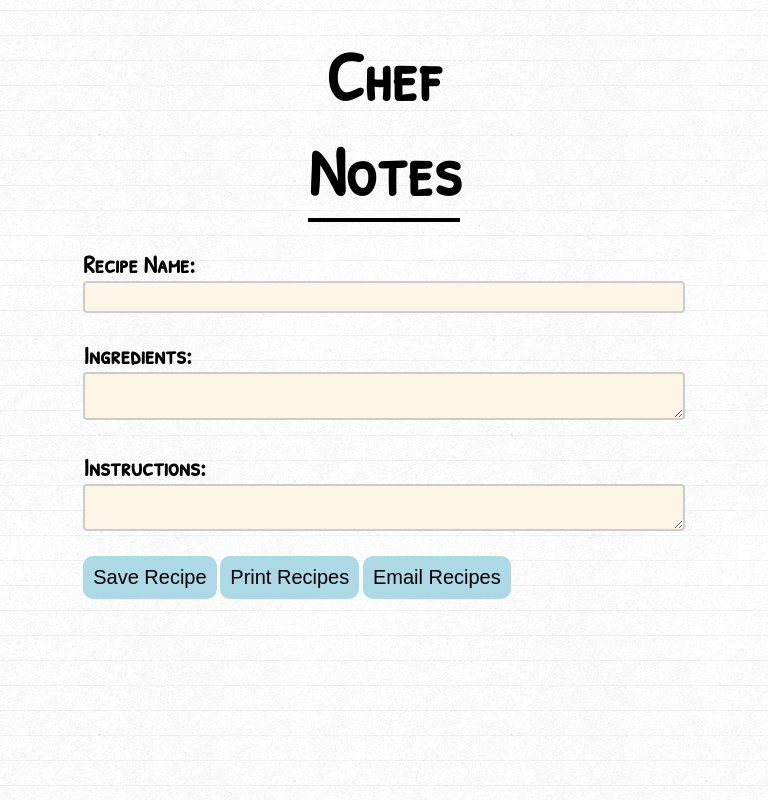
Repository: Chadloswald/RecipeSite
Page: docs/index.html
The author's editor kept a copy of each file at every save. The page is drawn from the files as they stood at one save, then again after the next save.
The browser window is 768 px wide. The pictures show the whole page.

Above is the page before, as saved 2023-05-28 06:44:51.

After the next save:
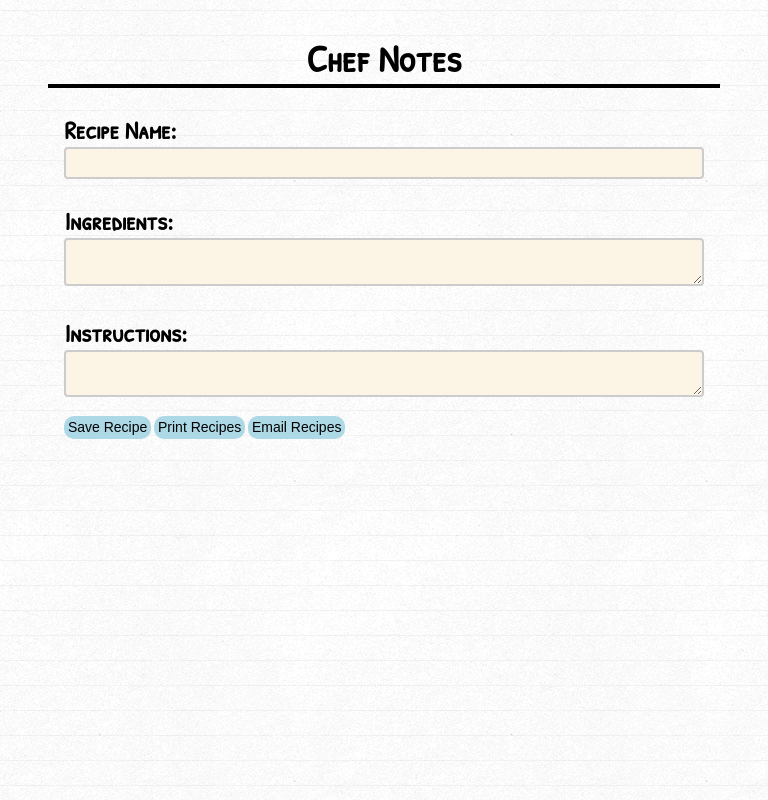
Saved 3 min 34 s later.
--- a/docs/style.css
+++ b/docs/style.css
@@ -142,6 +142,27 @@ p {
   }
 }
 
+/* CSS for screens up to 820px */
+@media screen and (max-width: 820px) {
+  body {
+    margin-top: 12px; /* Example: Adjusted margin-top value */
+  }
+
+  h1 {
+    font-size: 38px; /* Example: Smaller font size */
+    margin: 0 40px; /* Example: Adjusted margin */
+  }
+
+  form {
+    width: 85%; /* Example: Narrower form width */
+  }
+
+  button {
+    font-size: 14px; /* Example: Smaller font size */
+    padding: 0.25em; /* Example: Adjusted padding */
+  }
+}
+
 /* Media query for screens with a maximum width of 600 pixels */
 @media screen and (max-width: 600px) {
   body {
